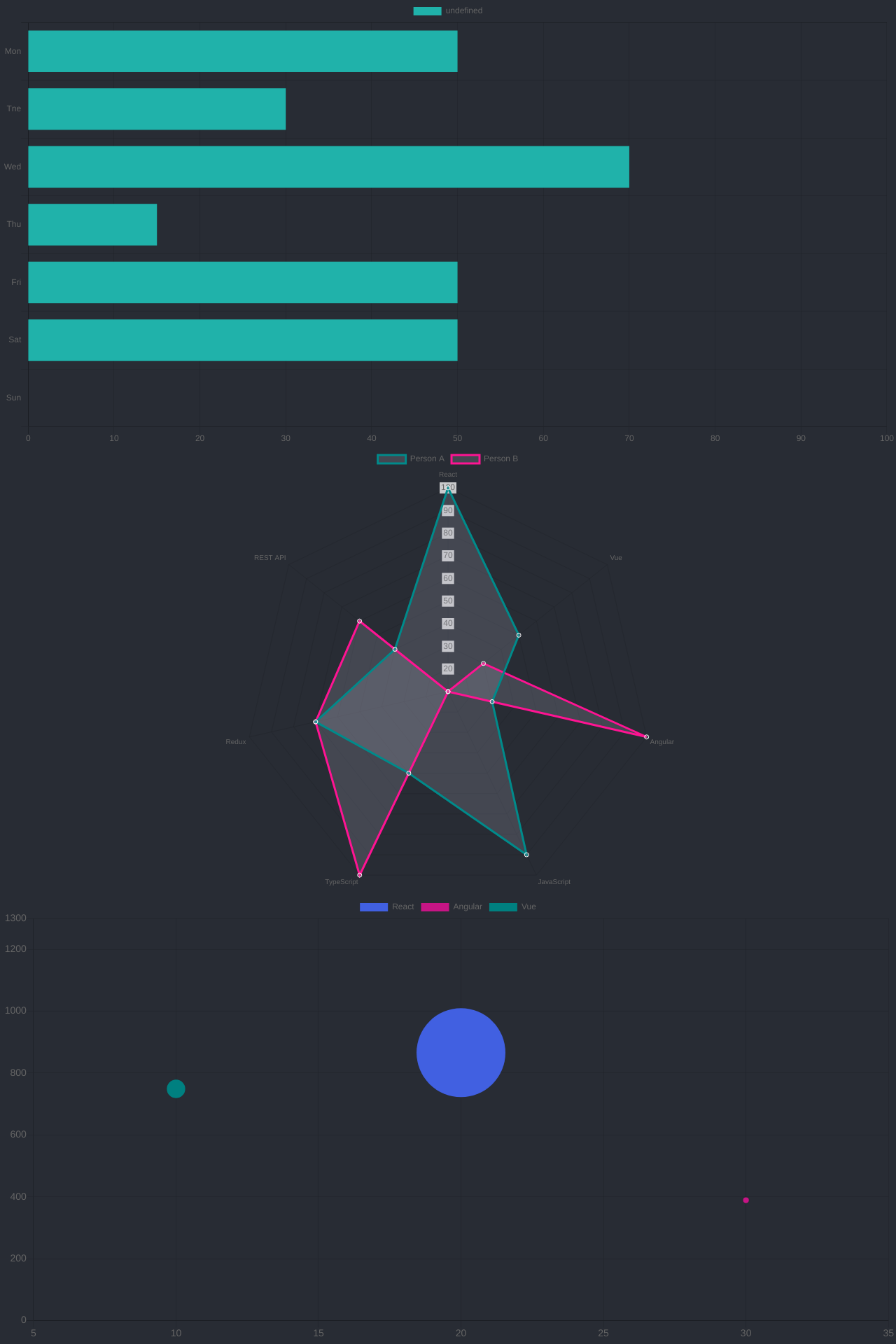
Repository: ShunsukeTanizaki/COVID19-Live
Page: /
The author's editor kept a copy of each file at every save. The page is drawn from the files as they stood at one save, then again after the next save.
The browser window is 1280 px wide. The pictures show the part of the page from y = 2560 to 4480 px (the page is 4480 px tall), at 70% of full size.
The project was rebuilt for these pictures with package versions that can differ from the ones it lists, and the page was loaded fresh each time.

Above is the page before, as saved 2020-11-06 00:56:20.

After the next save:
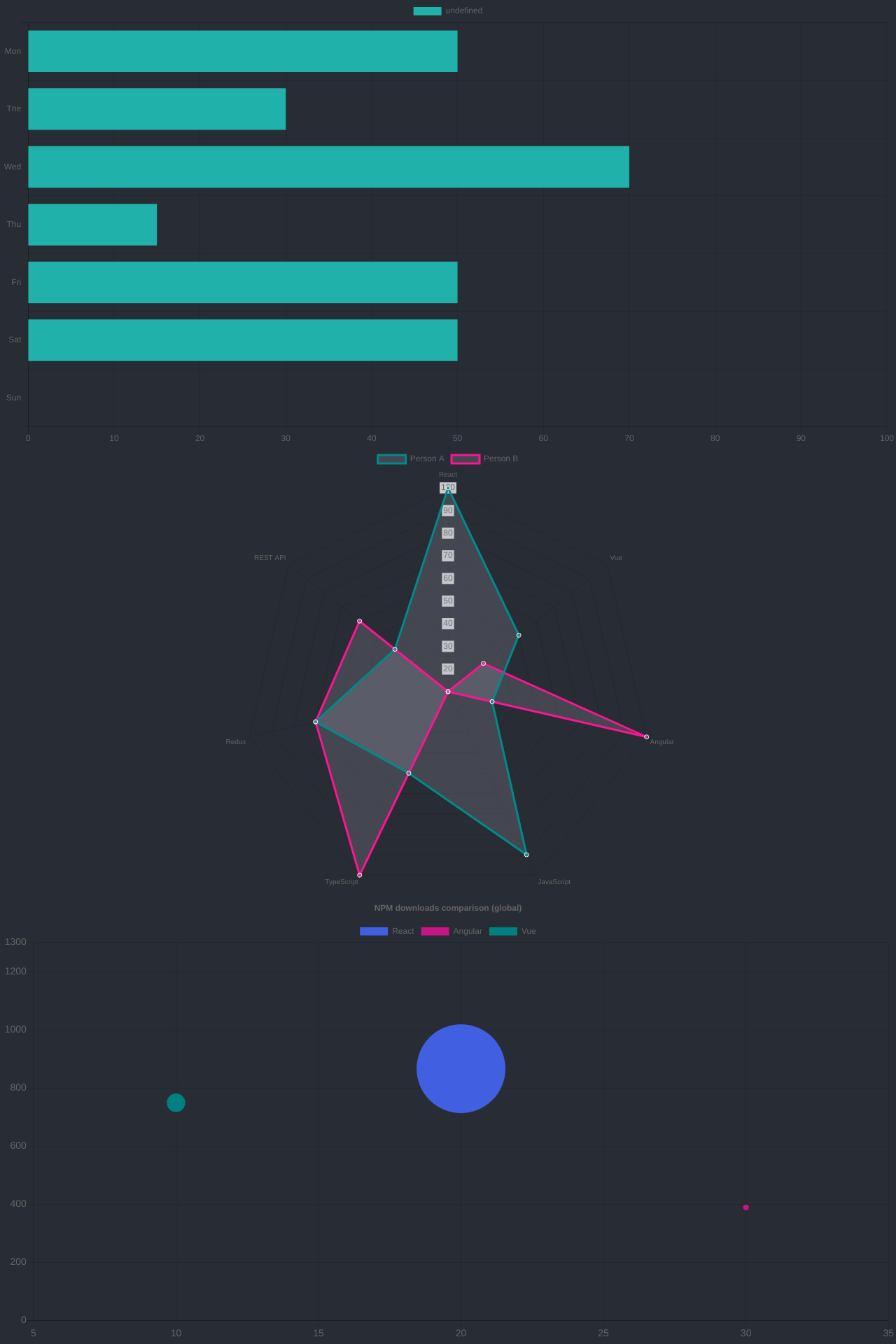
Saved 109 s later.
--- a/src/components/BubblePlot.tsx
+++ b/src/components/BubblePlot.tsx
@@ -26,7 +26,7 @@ const data = {
 
 const options = {
     title: {
-        displey: true,
+        display: true,
         fontsize: 18,
         text: "NPM downloads comparison (global)"
     },
